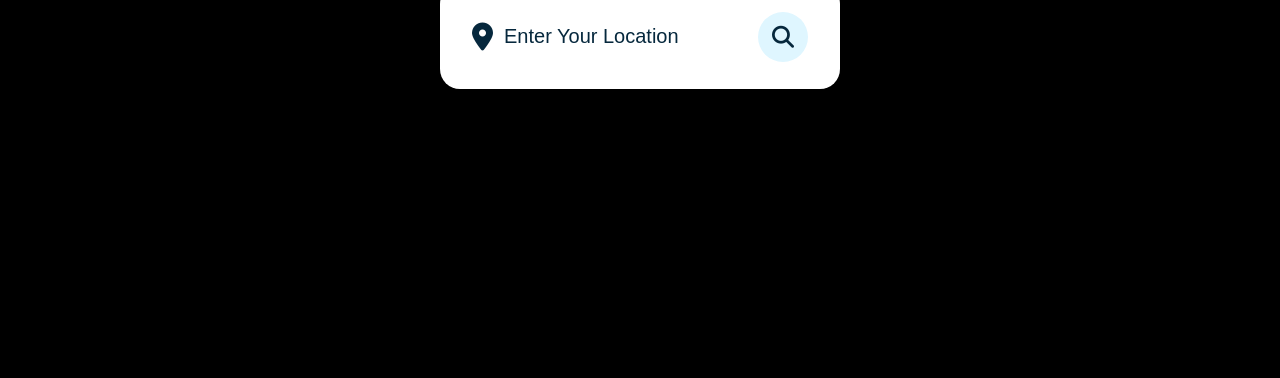
Repository: Pr1s0n3r627/weather
Page: index.html
An editor plug-in stored every save of this project. The page is shown before and after the next save, followed by the edit.
The browser window is 1280 px wide. The pictures show the whole page.
Some web libraries are served in a nearby version.

Above is the page before, as saved 2024-05-18 23:20:02.
Not found: index.js

After the next save:
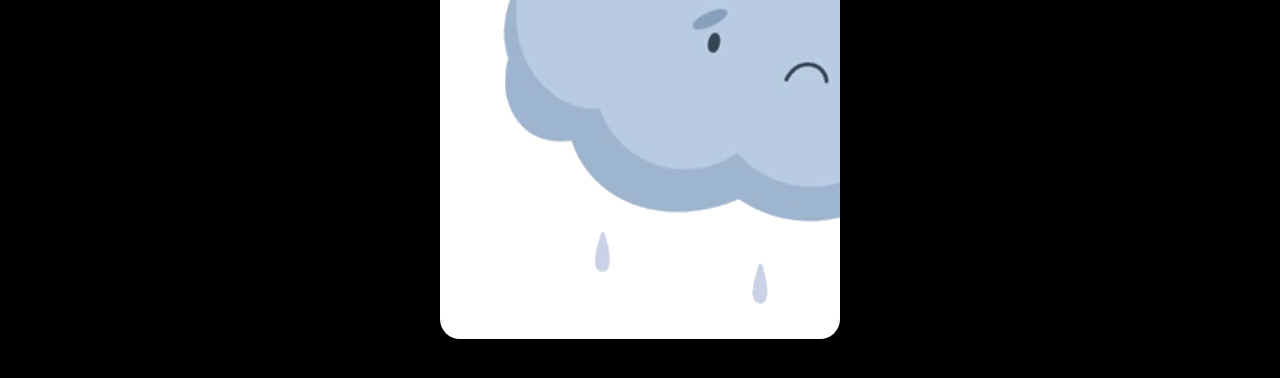
Saved 27 s later.
--- a/style.css
+++ b/style.css
@@ -17,7 +17,7 @@ body{
 .container{
     position: relative;
     width: 400px;
-    height: 105px;
+    height: 605px;
     background: #fff;
     padding: 28px 32px;
     overflow: hidden;
